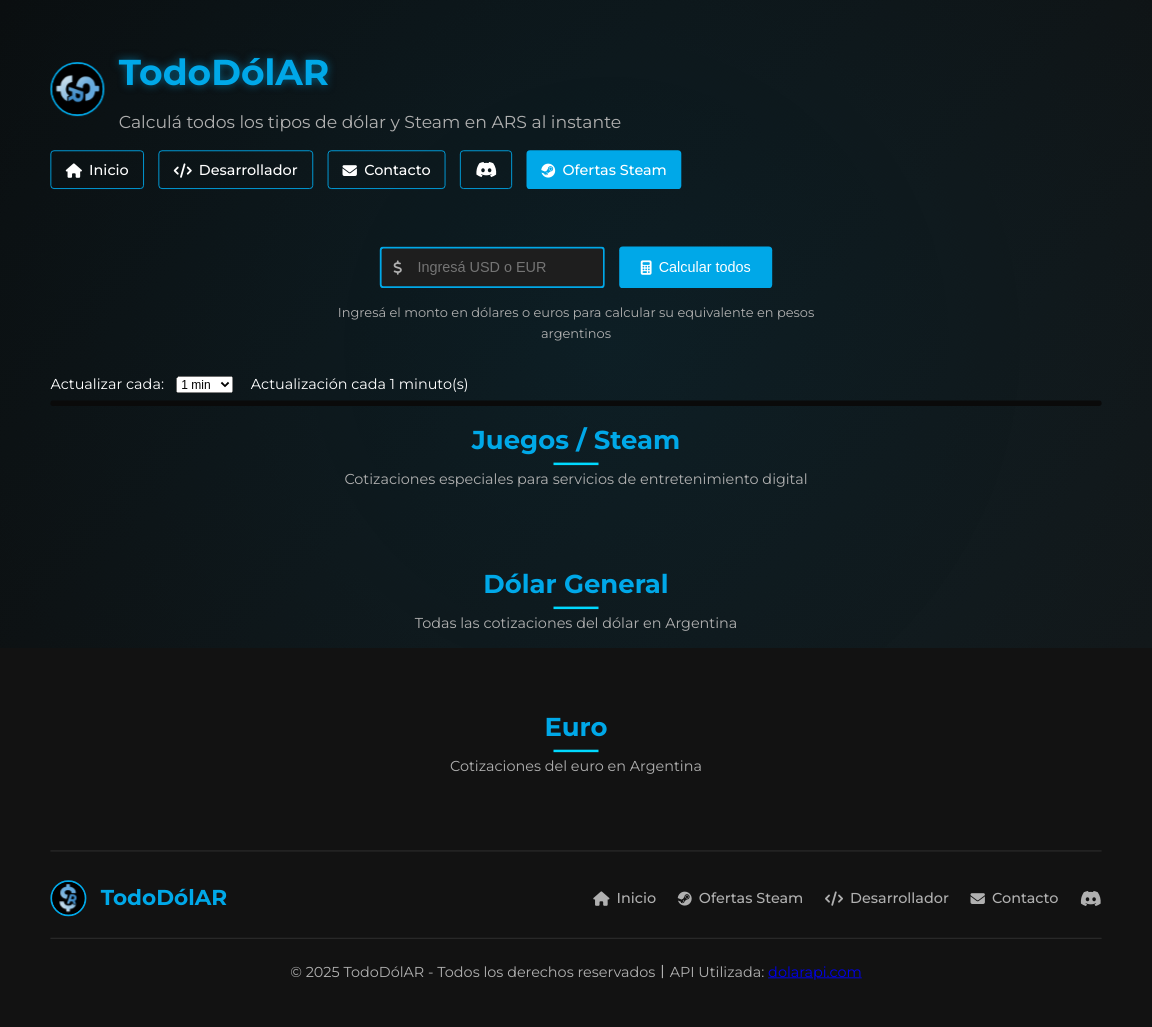
Repository: FabriDevelope/todod-lar-ar
Page: inicio/index.html
These files come from the project's save history. The page is drawn as it stood at one moment and after the next save; the edit follows.
The browser window is 1280 px wide. The pictures show the whole page, at 90% of full size.
The page's requests for data from a server got no answer.

Above is the page before, as saved 2025-09-06 23:18:00.

After the next save:
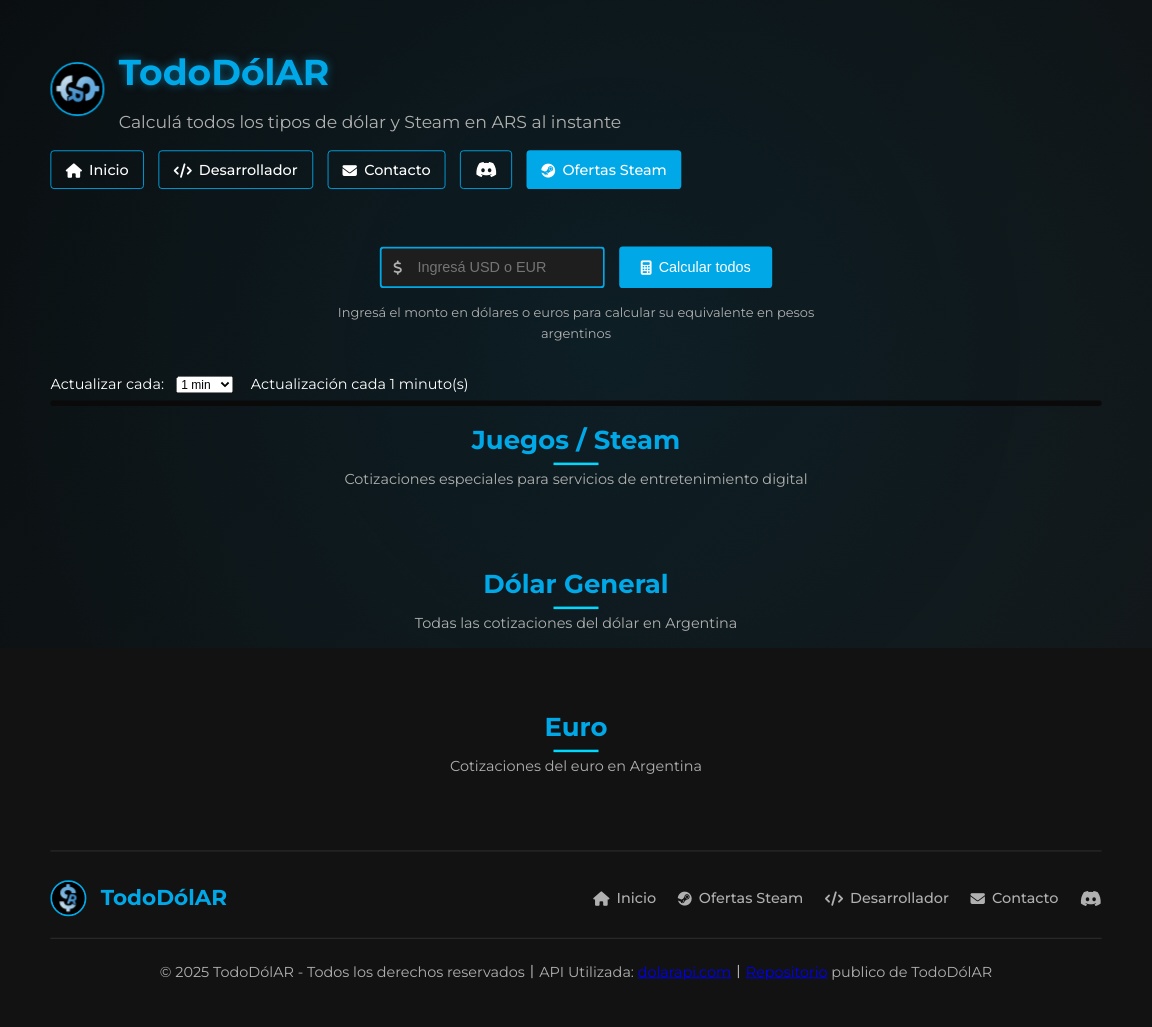
Saved 73 s later.
--- a/inicio/index.html
+++ b/inicio/index.html
@@ -135,7 +135,7 @@
                 </div>
             </div>
             <div class="footer-bottom">
-                <p>&copy; 2025 TodoDólAR - Todos los derechos reservados丨API Utilizada: <a href="https://dolarapi.com/docs/argentina/">dolarapi.com</a></p>
+                <p>&copy; 2025 TodoDólAR - Todos los derechos reservados丨API Utilizada: <a href="https://dolarapi.com/docs/argentina/">dolarapi.com</a>丨<a href="https://github.com/FabriDevelope/todod-lar-ar">Repositorio</a> publico de TodoDólAR</p>
             </div>
         </footer>
     </div>
